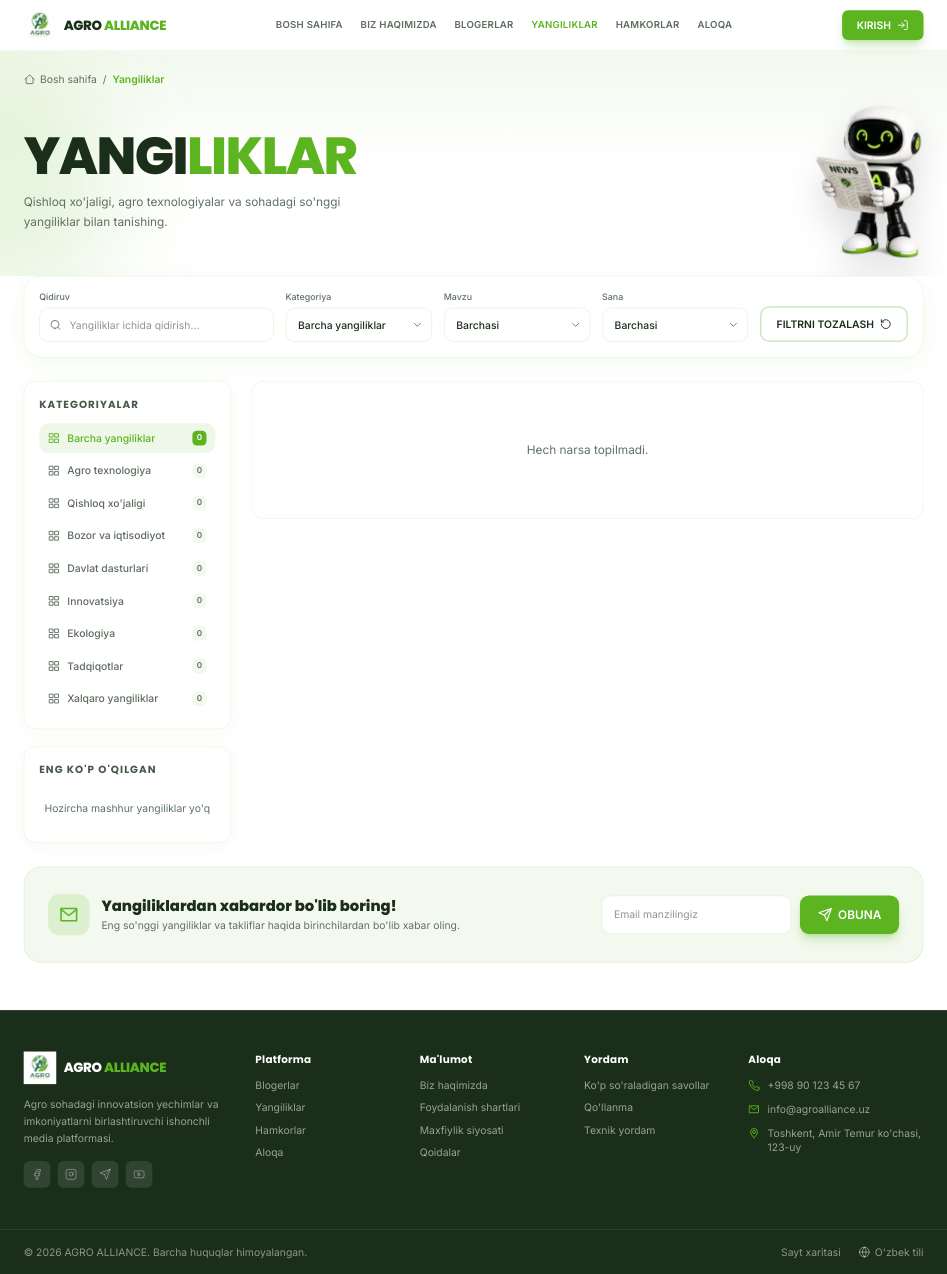
Repository: uzgroww-oss/agro-alliance
Page: /yangiliklar
These files come from the project's save history. The page is drawn as it stood at one moment and after the next save; the edit follows.
The browser window is 1280 px wide. The pictures show the whole page, at 74% of full size.
The page's requests for data from a server got no answer. The project was rebuilt for these pictures with package versions that can differ from the ones it lists, and the page was loaded fresh each time. No one was signed in, and anything a server would have sent is missing. Also part of the build but not shown: vite.config.ts, src/lib/error-boundary.tsx, src/pages/Home.tsx, src/pages/About.tsx, src/lib/bloggers.ts, src/pages/Bloggers.tsx, src/pages/BloggerProfile.tsx, src/pages/Platform.tsx and 13 more.

Above is the page before, as saved 2026-07-13 10:34:46.

### index.html
<!doctype html>
<html lang="uz">
  <head>
    <meta charset="UTF-8" />
    <link rel="icon" type="image/webp" href="/logo.webp" />
    <link rel="preload" as="image" href="/hero-bg.webp" />
    <meta name="viewport" content="width=device-width, initial-scale=1.0" />
    <meta name="description" content="AGRO ALLIANCE — agro blogerlar, fermerlar, kompaniyalar va texnologiyalarni birlashtiruvchi innovatsion media platforma." />
    <link rel="preconnect" href="https://fonts.googleapis.com" />
    <link rel="preconnect" href="https://fonts.gstatic.com" crossorigin />
    <link href="https://fonts.googleapis.com/css2?family=Poppins:wght@400;500;600;700;800&family=Inter:wght@400;500;600&display=swap" rel="stylesheet" />
    <title>AGRO ALLIANCE — Agro Media Platforma</title>
  </head>
  <body>
    <div id="root"></div>
    <script type="module" src="/src/main.tsx"></script>
  </body>
</html>

### src/index.css
@import "tailwindcss";

@theme {
  --color-green: #5bb420;
  --color-green-deep: #2f7d1f;
  --color-green-dark: #1f5e16;
  --color-leaf: #8bc34a;
  --color-gold: #c99a3b;
  --color-bg: #ffffff;
  --color-soft: #f3f9ee;
  --color-ink: #1a2e1a;
  --color-muted: #5f7163;
  --font-display: "Poppins", system-ui, sans-serif;
  --font-body: "Inter", system-ui, sans-serif;
}

@layer base {
  * {
    margin: 0;
    padding: 0;
    box-sizing: border-box;
  }
  html {
    scroll-behavior: smooth;
  }
  body {
    background: var(--color-bg);
    color: var(--color-ink);
    font-family: var(--font-body);
    -webkit-font-smoothing: antialiased;
    overflow-x: hidden;
  }
  ::selection {
    background: var(--color-green);
    color: #fff;
  }
}

/* Reveal on scroll */
.reveal {
  opacity: 0;
  transform: translateY(28px);
  transition: opacity 0.6s cubic-bezier(0.22, 1, 0.36, 1),
              transform 0.6s cubic-bezier(0.22, 1, 0.36, 1);
}
.reveal.in {
  opacity: 1;
  transform: none;
}

/* Soft floating animation for hero visual */
@keyframes float {
  0%, 100% { transform: translateY(0); }
  50% { transform: translateY(-14px); }
}
.animate-float { animation: float 5s ease-in-out infinite; }

/* Drone drift */
@keyframes drift {
  from { transform: translateX(-30px); }
  to   { transform: translateX(30px); }
}
.animate-drift { animation: drift 6s ease-in-out infinite alternate; }

/* Partner brand carousel (infinite marquee) */
@keyframes marquee-left {
  from { transform: translateX(0); }
  to   { transform: translateX(-50%); }
}
@keyframes marquee-right {
  from { transform: translateX(-50%); }
  to   { transform: translateX(0); }
}
.marquee-left  { animation: marquee-left 32s linear infinite; }
.marquee-right { animation: marquee-right 38s linear infinite; }
.marquee-track:hover .marquee-left,
.marquee-track:hover .marquee-right { animation-play-state: paused; }
@media (prefers-reduced-motion: reduce) {
  .marquee-left, .marquee-right { animation: none; }
}

::-webkit-scrollbar { width: 11px; }
::-webkit-scrollbar-track { background: var(--color-soft); }
::-webkit-scrollbar-thumb { background: var(--color-green); border-radius: 10px; }

/* Skeleton shimmer */
@keyframes shimmer {
  0% { background-position: 200% 0; }
  100% { background-position: -200% 0; }
}
.animate-shimmer { animation: shimmer 1.8s ease-in-out infinite; }

### src/App.tsx
import { useEffect, useRef, type ReactNode } from "react"
import { BrowserRouter, Routes, Route, Outlet, Navigate, useLocation } from "react-router-dom"
import { AuthProvider, useAuth } from "./lib/auth"
import { ErrorBoundary } from "./lib/error-boundary"
import Header from "./components/Header"
import Footer from "./components/Footer"
import Home from "./pages/Home"
import About from "./pages/About"
import Bloggers from "./pages/Bloggers"
import BloggerProfile from "./pages/BloggerProfile"
import Platform from "./pages/Platform"
import News from "./pages/News"
import NewsDetail from "./pages/NewsDetail"
import Partners from "./pages/Partners"
import Contact from "./pages/Contact"
import Login from "./pages/Login"
import ResetPassword from "./pages/ResetPassword"
import Terms from "./pages/Terms"
import Privacy from "./pages/Privacy"
import NotFound from "./pages/NotFound"
import BloggerDashboard from "./pages/dashboard/BloggerDashboard"
import AdminDashboard from "./pages/dashboard/AdminDashboard"
import PartnerDashboard from "./pages/dashboard/PartnerDashboard"
import { roleHome } from "./lib/roles"

function ScrollToTop() {
  const { pathname } = useLocation()
  const prevPath = useRef(pathname)
  useEffect(() => {
    if (prevPath.current !== pathname) {
      window.scrollTo(0, 0)
      prevPath.current = pathname
    }
  }, [pathname])
  return null
}

function MainLayout() {
  return (
    <>
      <Header />
      <main>
        <Outlet />
      </main>
      <Footer />
    </>
  )
}

function RequireRole({ role, children }: { role: "superadmin" | "blogger" | "partner"; children: ReactNode }) {
  const { user, loading } = useAuth()
  if (loading) return <div className="grid min-h-screen place-items-center text-muted">Yuklanmoqda…</div>
  if (!user) return <Navigate to="/kirish" replace />
  if (user.role !== role) return <Navigate to={roleHome(user.role)} replace />
  return <>{children}</>
}

export default function App() {
  return (
    <AuthProvider>
      <BrowserRouter>
        <ScrollToTop />
        <ErrorBoundary>
        <Routes>
          <Route element={<MainLayout />}>
            <Route path="/" element={<Home />} />
            <Route path="/about" element={<About />} />
            <Route path="/blogerlar" element={<Bloggers />} />
            <Route path="/blogerlar/:slug" element={<BloggerProfile />} />
            <Route path="/platforma" element={<Platform />} />
            <Route path="/yangiliklar" element={<News />} />
          <Route path="/yangiliklar/:slug" element={<NewsDetail />} />
            <Route path="/hamkorlar" element={<Partners />} />
            <Route path="/aloqa" element={<Contact />} />
          <Route path="/shartlar" element={<Terms />} />
          <Route path="/maxfiylik" element={<Privacy />} />
          </Route>
            <Route path="/reset-password" element={<ResetPassword />} />
          <Route path="/kirish" element={<Login />} />
          <Route path="/dashboard" element={<RequireRole role="blogger"><BloggerDashboard /></RequireRole>} />
          <Route path="/admin" element={<RequireRole role="superadmin"><AdminDashboard /></RequireRole>} />
          <Route path="/hamkor" element={<RequireRole role="partner"><PartnerDashboard /></RequireRole>} />
          <Route path="*" element={<NotFound />} />
        </Routes>
        </ErrorBoundary>
      </BrowserRouter>
    </AuthProvider>
  )
}

### src/lib/roles.ts
import { feRole, isDbRole } from "./role-map"

export function roleHome(role?: string): string {
  if (!role) return "/dashboard"
  const fe = isDbRole(role) ? feRole(role) : role
  if (fe === "superadmin") return "/admin"
  if (fe === "partner") return "/hamkor"
  return "/dashboard"
}

### src/lib/supabase.ts
import { createClient } from "@supabase/supabase-js"

const supabaseUrl = import.meta.env.VITE_SUPABASE_URL
const supabaseAnonKey = import.meta.env.VITE_SUPABASE_ANON_KEY

if (!supabaseUrl || !supabaseAnonKey) {
  throw new Error(
    "VITE_SUPABASE_URL va VITE_SUPABASE_ANON_KEY muhit o'zgaruvchilari .env faylida belgilanishi kerak.",
  )
}

export const supabase = createClient(supabaseUrl, supabaseAnonKey)

### src/lib/db-types.ts
import type { User } from "./api"
import { feRole } from "./role-map"

export interface DbProfile {
  id: string
  email: string
  name: string
  avatar: string | null
  phone: string | null
  language: string | null
  timezone: string | null
  bio: string | null
  status: "active" | "inactive" | "pending" | "banned"
  metadata: Record<string, unknown>
  created_at: string
  updated_at: string
  deleted_at: string | null
}

export interface DbUserRole {
  id: string
  profile_id: string
  role_id: string
  created_at: string
}

export interface DbRole {
  id: string
  name: string
  description: string | null
  is_system: boolean
  priority: number
  created_at: string
  updated_at: string
}

export interface DbSocialAccount {
  id: string
  profile_id: string
  platform: string
  link: string
  name: string | null
  avatar: string | null
  subscribers: string | null
  connected: boolean
  created_at: string
}

export interface DbVideo {
  id: string
  profile_id: string
  name: string
  link: string
  views: string
  thumbnail: string | null
  platforms: string[]
  date: string
  duration: string | null
  created_at: string
}

export function dbProfileToUser(profile: DbProfile, roleName: string): User {
  return {
    id: profile.id,
    name: profile.name,
    email: profile.email,
    role: feRole(roleName) as User["role"],
    adminRole: roleName,
    partnerId: null,
    status: profile.status,
    profile: profile.metadata as Record<string, string> | undefined,
    socials: [],
    videos: [],
  }
}

### src/lib/settings.ts
import { useState, useEffect } from "react"
import { api } from "./api"

export type PublicSettings = Record<string, string>

let cachedSettings: PublicSettings | null = null
let cacheTime = 0
const CACHE_TTL = 5 * 60 * 1000

export async function getPublicSettings(): Promise<PublicSettings> {
  if (cachedSettings && Date.now() - cacheTime < CACHE_TTL) {
    return cachedSettings
  }
  try {
    const { settings } = await api<{ settings: PublicSettings }>("/public/settings")
    cachedSettings = settings
    cacheTime = Date.now()
    return settings
  } catch {
    return cachedSettings || {}
  }
}

export function usePublicSettings() {
  const [settings, setSettings] = useState<PublicSettings>({})
  const [loading, setLoading] = useState(true)

  useEffect(() => {
    getPublicSettings().then((s) => {
      setSettings(s)
      setLoading(false)
    })
  }, [])

  return { settings, loading }
}

### src/lib/news.ts
import { I } from "./ui"

export type News = {
  slug: string
  title: string
  cat: string
  desc: string
  date: string
  views: string
  seed: string
  top?: boolean
  author?: string
  body: string[]
}

export const cats = [
  { key: "all", label: "Barcha yangiliklar", icon: I.grid, count: 0 },
  { key: "texnologiya", label: "Agro texnologiya", icon: I.cpu, count: 0 },
  { key: "qishloq", label: "Qishloq xo'jaligi", icon: I.sprout, count: 0 },
  { key: "bozor", label: "Bozor va iqtisodiyot", icon: I.chart, count: 0 },
  { key: "davlat", label: "Davlat dasturlari", icon: I.doc, count: 0 },
  { key: "innovatsiya", label: "Innovatsiya", icon: I.bolt, count: 0 },
  { key: "ekologiya", label: "Ekologiya", icon: I.leaf, count: 0 },
  { key: "tadqiqotlar", label: "Tadqiqotlar", icon: I.flask, count: 0 },
  { key: "xalqaro", label: "Xalqaro yangiliklar", icon: I.globe, count: 0 },
]
export const newsCatLabel = (k: string) => cats.find((c) => c.key === k)?.label ?? k

export const themes = ["Barchasi", "Sug'orish", "Texnika", "Eksport", "Subsidiya", "Iqlim"]
export const dates = ["Barchasi", "Bugun", "Bu hafta", "Bu oy", "Bu yil"]
export const newsImg = (seed: string, w = 640, h = 400) => {
  if (!seed) return `https://picsum.photos/seed/agro-default/${w}/${h}`
  if (seed.startsWith("http")) return seed
  return `https://picsum.photos/seed/${seed}/${w}/${h}`
}

/* Live API loaders — empty fallbacks when API is unavailable */
import { api } from "./api"

export type NewsListResponse = {
  news: News[]
  pagination: { page: number; per_page: number; total: number; total_pages: number }
  categories: { key: string; label: string; icon: string; count: number }[]
}

export async function loadNews(params?: {
  category?: string
  search?: string
  theme?: string
  date?: string
  page?: number
  per_page?: number
}): Promise<NewsListResponse> {
  try {
    const q = new URLSearchParams()
    if (params?.category && params.category !== "all") q.set("category", params.category)
    if (params?.search) q.set("search", params.search)
    if (params?.theme && params.theme !== "Barchasi") q.set("theme", params.theme)
    if (params?.date && params.date !== "Barchasi") q.set("date", params.date)
    if (params?.page) q.set("page", String(params.page))
    if (params?.per_page) q.set("per_page", String(params.per_page))
    const qs = q.toString()
    return await api<NewsListResponse>(`/public/news${qs ? `?${qs}` : ""}`)
  } catch {
    return {
      news: [],
      pagination: { page: 1, per_page: 12, total: 0, total_pages: 0 },
      categories: cats,
    }
  }
}

export async function loadNewsDetail(slug: string): Promise<News | null> {
  try {
    const d = await api<{ article: News }>(`/public/news/${slug}`)
    return d.article
  } catch {
    return null
  }
}

export async function loadRelatedNews(slug: string): Promise<News[]> {
  try {
    const d = await api<{ news: News[] }>(`/public/news/${slug}/related`)
    return d.news
  } catch {
    return []
  }
}

export async function loadPopularNews(): Promise<{ title: string; date: string; views: string; seed: string; slug: string }[]> {
  try {
    const d = await api<{ popular: { title: string; date: string; views: string; seed: string; slug: string }[] }>("/public/news/popular")
    return d.popular
  } catch {
    return []
  }
}

### src/components/Newsletter.tsx
import { useState } from "react"
import { Icon, I } from "../lib/ui"
import { api } from "../lib/api"

export default function Newsletter({ variant = "default" }: { variant?: "default" | "dark" }) {
  const [email, setEmail] = useState("")
  const [sent, setSent] = useState(false)
  const [error, setError] = useState("")
  const [busy, setBusy] = useState(false)

  const submit = async (e: React.FormEvent) => {
    e.preventDefault()
    if (!email.trim()) return
    setError("")
    setBusy(true)
    try {
      await api("/newsletter-subscribe", { method: "POST", body: JSON.stringify({ email: email.trim() }) })
      setSent(true)
      setEmail("")
    } catch (err: unknown) {
      setError(err instanceof Error ? err.message : "Obunada xatolik")
    } finally {
      setBusy(false)
    }
  }

  if (sent) {
    return (
      <section className="mx-auto max-w-[1320px] px-5 pb-16 lg:px-8">
        <div className="flex flex-col items-center gap-4 rounded-3xl border border-green/15 bg-soft px-8 py-9 text-center">
          <span className="grid h-14 w-14 place-items-center rounded-full bg-green text-white">
            <Icon d="M9 12l2 2 4-4" className="h-7 w-7" sw={2.5} />
          </span>
          <h3 className="font-display text-xl font-extrabold">Obuna muvaffaqiyatli!</h3>
          <p className="text-sm text-muted">Eng so'nggi yangiliklar va imkoniyatlarni email orqali olib boring.</p>
          <button onClick={() => setSent(false)} className="text-sm font-bold text-green hover:underline">Yana obuna bo'lish</button>
        </div>
      </section>
    )
  }

  if (variant === "dark") {
    return (
      <section className="mx-auto max-w-[1320px] px-5 pb-16 lg:px-8">
        <div className="relative overflow-hidden rounded-3xl bg-ink p-8 text-white lg:p-10">
          <div className="absolute -right-10 -top-10 h-48 w-48 rounded-full bg-green/20 blur-3xl" />
          <div className="flex flex-col items-center gap-6 lg:flex-row lg:justify-between">
            <div className="flex items-center gap-4">
              <span className="grid h-14 w-14 shrink-0 place-items-center rounded-2xl bg-green/15 text-green"><Icon d={I.mail} className="h-7 w-7" /></span>
              <div>
                <h3 className="font-display text-xl font-extrabold leading-tight">Yangiliklardan birinchilardan bo'lib xabardor bo'ling!</h3>
                <p className="mt-1 text-sm text-white/60">Eng so'nggi yangiliklar va maqolalarni email orqali oling.</p>
              </div>
            </div>
            <form onSubmit={submit} className="flex w-full gap-3 lg:w-auto">
              <input
                type="email"
                required
                value={email}
                onChange={(e) => setEmail(e.target.value)}
                placeholder="Email manzilingiz"
                className="w-full rounded-xl border border-white/15 bg-white/10 px-4 py-3.5 text-sm text-white outline-none placeholder:text-white/40 focus:border-green lg:w-64"
              />
              <button type="submit" disabled={busy} className="inline-flex shrink-0 items-center gap-2 rounded-xl bg-green px-6 py-3.5 font-bold text-white shadow-lg shadow-green/30 transition-transform hover:scale-105 disabled:opacity-60">
                {busy ? "..." : <><Icon d={I.send} className="h-5 w-5" /> OBUNA</>}
              </button>
            </form>
          </div>
          {error && <p className="mt-3 text-center text-sm text-red-400">{error}</p>}
        </div>
      </section>
    )
  }

  return (
    <section className="mx-auto max-w-[1320px] px-5 pb-16 lg:px-8">
      <div className="flex flex-col items-center gap-6 rounded-3xl border border-green/15 bg-soft px-8 py-9 lg:flex-row lg:justify-between">
        <div className="flex items-center gap-4">
          <span className="grid h-14 w-14 shrink-0 place-items-center rounded-2xl bg-green/15 text-green"><Icon d={I.mail} className="h-7 w-7" /></span>
          <div>
            <h3 className="font-display text-xl font-extrabold leading-tight">Yangiliklardan xabardor bo'lib boring!</h3>
            <p className="mt-1 text-sm text-muted">Eng so'nggi yangiliklar va takliflar haqida birinchilardan bo'lib xabar oling.</p>
          </div>
        </div>
        <form onSubmit={submit} className="flex w-full gap-3 lg:w-auto">
          <input
            type="email"
            required
            value={email}
            onChange={(e) => setEmail(e.target.value)}
            placeholder="Email manzilingiz"
            className="w-full rounded-xl border border-green/15 bg-white px-4 py-3.5 text-sm outline-none focus:border-green lg:w-64"
          />
          <button type="submit" disabled={busy} className="inline-flex shrink-0 items-center gap-2 rounded-xl bg-green px-6 py-3.5 font-bold text-white shadow-lg shadow-green/30 transition-transform hover:scale-105 disabled:opacity-60">
            {busy ? "..." : <><Icon d={I.send} className="h-5 w-5" /> OBUNA</>}
          </button>
        </form>
      </div>
      {error && <p className="mt-3 text-center text-sm text-red-600">{error}</p>}
    </section>
  )
}

### src/lib/sections.ts
import { useEffect, useState } from "react"
import { api } from "./api"

/**
 * useHomeSection — homepage_sections DB'idan bo'lim sarlavha+tavsifini oladi.
 * Editor "Bosh sahifa" bo'limidan tahrirlaydi. fallback — DB bo'sh bo'lsa ishlatiladi.
 */
export function useHomeSection(key: string, fallback: { title: string; subtitle: string }) {
  const [sec, setSec] = useState(fallback)
  useEffect(() => {
    api<{ sections: { section_key: string; title?: string; subtitle?: string }[] }>("/public/homepage-sections")
      .then((d) => {
        const s = d.sections?.find((x) => x.section_key === key)
        if (s) setSec({ title: s.title || fallback.title, subtitle: s.subtitle || fallback.subtitle })
      })
      .catch(() => {})
    // eslint-disable-next-line react-hooks/exhaustive-deps
  }, [key])
  return sec
}

### src/lib/role-map.ts
const FE_TO_DB: Record<string, string> = {
  superadmin: "super_admin",
  blogger: "blogger",
  partner: "company",
}

const DB_TO_FE: Record<string, string> = {
  super_admin: "superadmin",
  admin: "superadmin",
  editor: "superadmin",
  blogger: "blogger",
  company: "partner",
}

export function feRole(dbRole: string): string {
  return DB_TO_FE[dbRole] ?? "partner"
}

export function dbRole(feRole: string): string {
  return FE_TO_DB[feRole] ?? "company"
}

export function isDbRole(role: string): role is "super_admin" | "admin" | "editor" | "blogger" | "company" {
  return ["super_admin", "admin", "editor", "blogger", "company"].includes(role)
}

export function isFeRole(role: string): role is "superadmin" | "blogger" | "partner" {
  return ["superadmin", "blogger", "partner"].includes(role)
}

Loaded but not shown: src/main.tsx (common file); src/lib/api.ts (495 lines, source omitted); src/pages/News.tsx (333 lines, source omitted); src/lib/ui.tsx (227 lines, source omitted); src/components/Footer.tsx (117 lines, source omitted); src/lib/auth.tsx (133 lines, source omitted); src/components/Header.tsx (77 lines, source omitted)

After the next save:
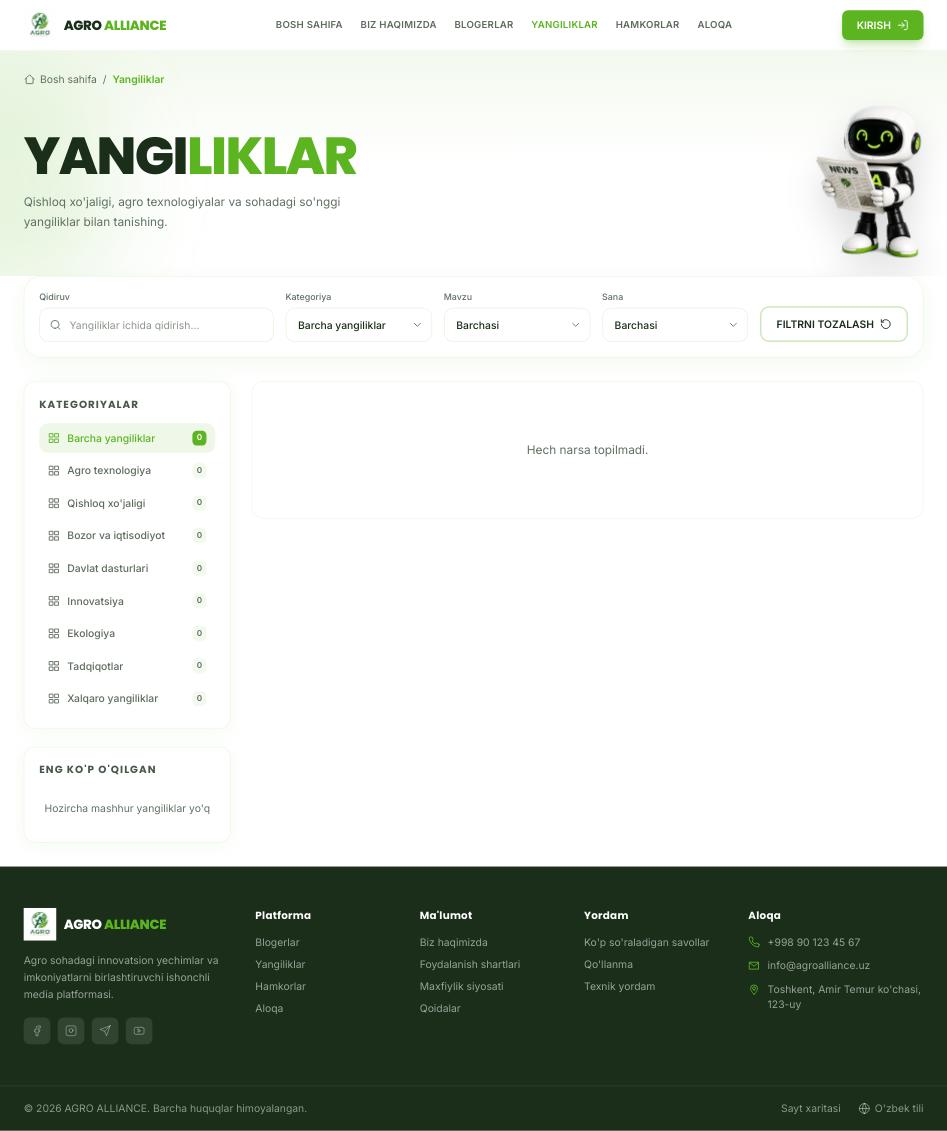
Saved 3 min 11 s later.
--- a/src/components/Newsletter.tsx
+++ b/src/components/Newsletter.tsx
@@ -72,31 +72,5 @@ export default function Newsletter({ variant = "default" }: { variant?: "default
     )
   }
 
-  return (
-    <section className="mx-auto max-w-[1320px] px-5 pb-16 lg:px-8">
-      <div className="flex flex-col items-center gap-6 rounded-3xl border border-green/15 bg-soft px-8 py-9 lg:flex-row lg:justify-between">
-        <div className="flex items-center gap-4">
-          <span className="grid h-14 w-14 shrink-0 place-items-center rounded-2xl bg-green/15 text-green"><Icon d={I.mail} className="h-7 w-7" /></span>
-          <div>
-            <h3 className="font-display text-xl font-extrabold leading-tight">Yangiliklardan xabardor bo'lib boring!</h3>
-            <p className="mt-1 text-sm text-muted">Eng so'nggi yangiliklar va takliflar haqida birinchilardan bo'lib xabar oling.</p>
-          </div>
-        </div>
-        <form onSubmit={submit} className="flex w-full gap-3 lg:w-auto">
-          <input
-            type="email"
-            required
-            value={email}
-            onChange={(e) => setEmail(e.target.value)}
-            placeholder="Email manzilingiz"
-            className="w-full rounded-xl border border-green/15 bg-white px-4 py-3.5 text-sm outline-none focus:border-green lg:w-64"
-          />
-          <button type="submit" disabled={busy} className="inline-flex shrink-0 items-center gap-2 rounded-xl bg-green px-6 py-3.5 font-bold text-white shadow-lg shadow-green/30 transition-transform hover:scale-105 disabled:opacity-60">
-            {busy ? "..." : <><Icon d={I.send} className="h-5 w-5" /> OBUNA</>}
-          </button>
-        </form>
-      </div>
-      {error && <p className="mt-3 text-center text-sm text-red-600">{error}</p>}
-    </section>
-  )
+
 }
